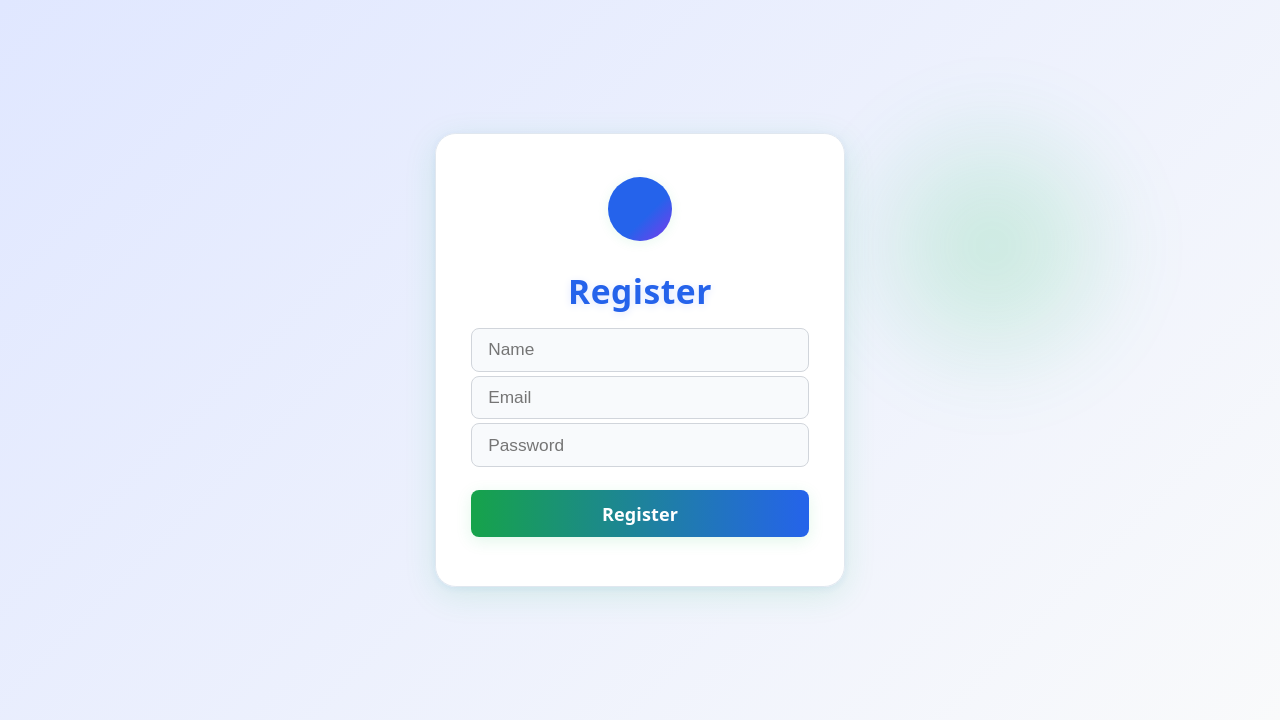
Repository: him021204/Task-Manager
Page: /register (app in client/)
An editor plug-in stored every save of this project. The page is shown before and after the next save, followed by the edit.
The browser window is 1280 px wide. The pictures show the whole page.
The pointer rests on the first visible `.register-btn`.
The page's requests for data from a server got no answer. The project was rebuilt for these pictures with package versions that can differ from the ones it lists, and the page was loaded fresh each time. No one was signed in, and anything a server would have sent is missing. Also part of the build but not shown: client/vite.config.js, client/src/pages/Dashboard.css, client/src/pages/Dashboard.jsx, client/src/pages/Login.css, client/src/pages/Login.jsx, client/src/pages/Analytics.css, client/src/pages/Analytics.jsx, client/src/pages/CalendarView.css and 1 more.

Above is the page before, as saved 2025-06-19 20:03:43.

After the next save:
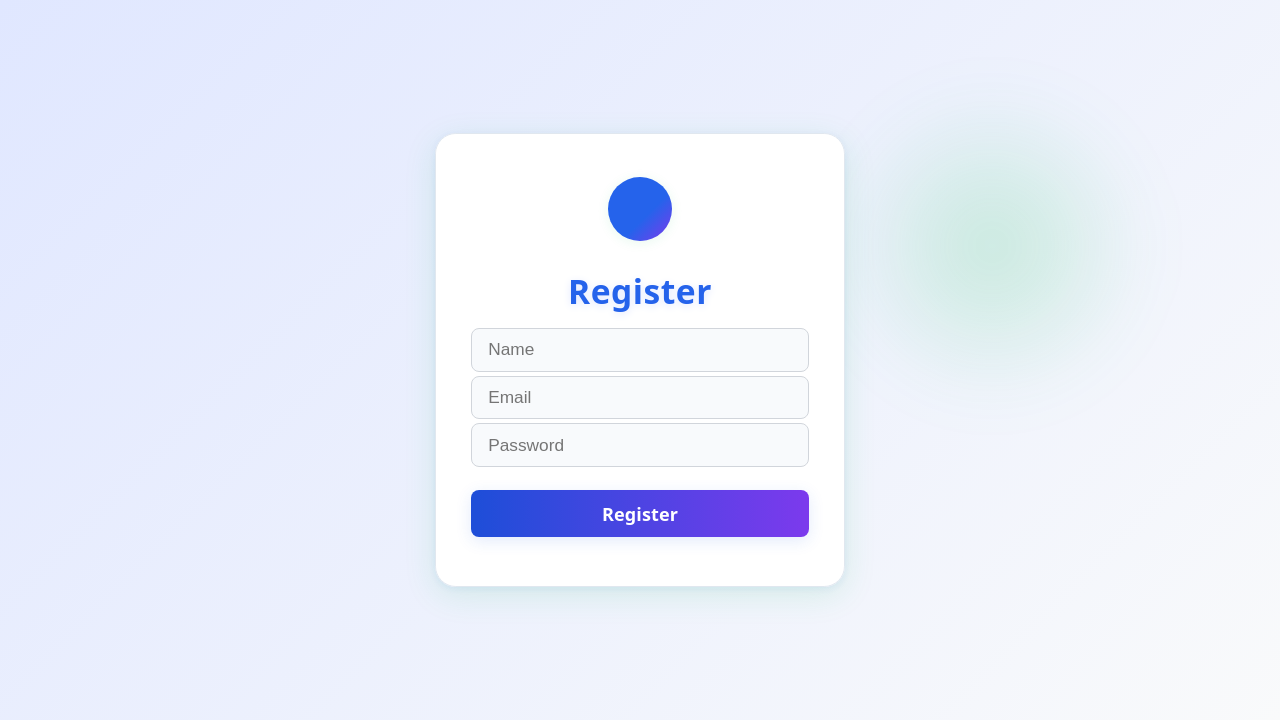
Saved 41 s later.
--- a/client/src/pages/Register.css
+++ b/client/src/pages/Register.css
@@ -153,8 +153,8 @@
 }
 
 .register-btn:hover:not(:disabled) {
-  background: linear-gradient(90deg, #16a34a 0%, #2563eb 100%);
-  box-shadow: 0 4px 16px rgba(34, 197, 94, 0.13);
+  background: linear-gradient(90deg, #1d4ed8 0%, #7c3aed 100%);
+  box-shadow: 0 4px 16px rgba(37, 99, 235, 0.13);
 }
 
 .register-links {
